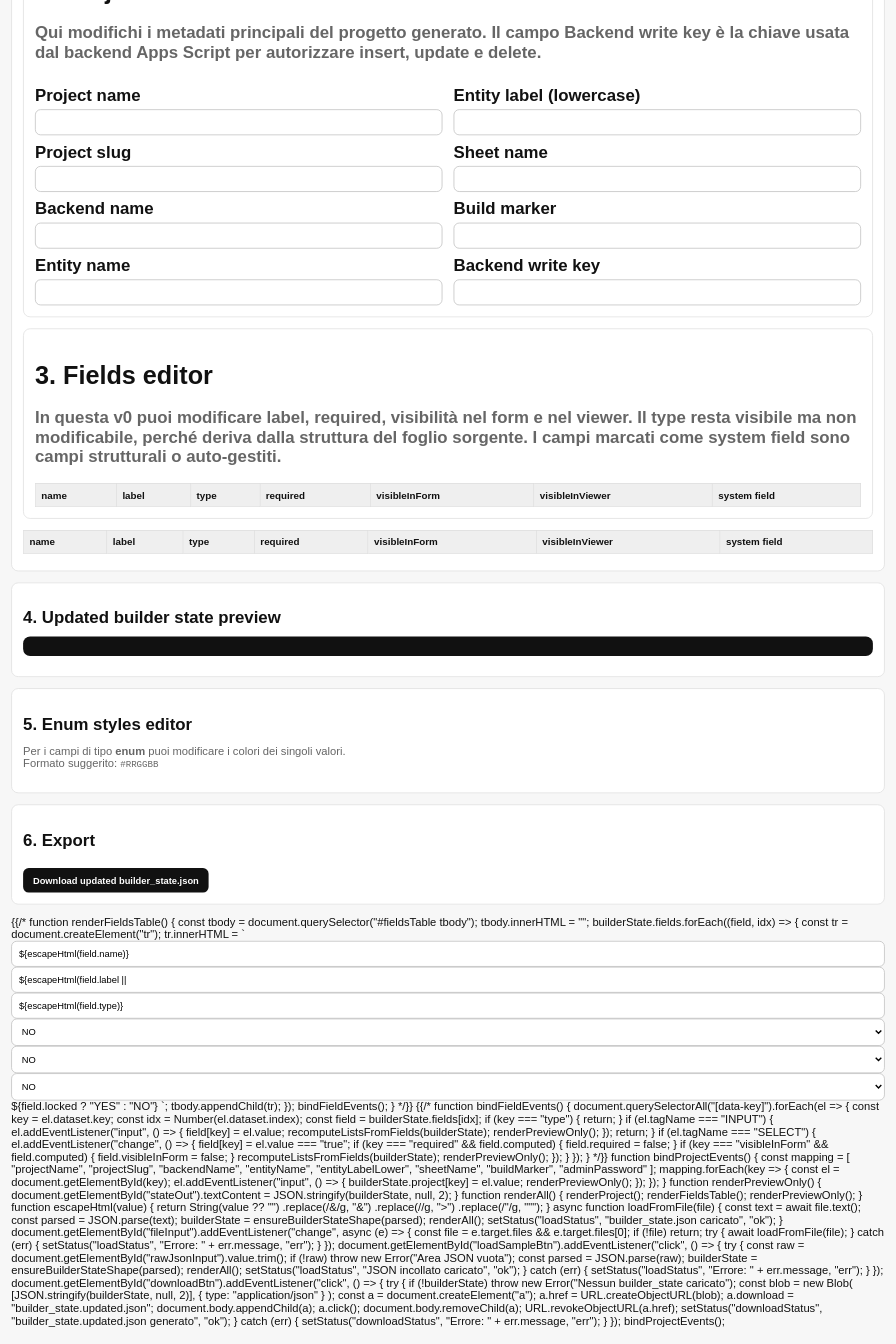
Repository: progettazionemauro/sheets.builder
Page: docs/builder.html
An editor plug-in stored every save of this project. The page is shown before and after the next save, followed by the edit.
The browser window is 1280 px wide. The pictures show the part of the page from y = 693 to 2613 px (the page is 2613 px tall before and 2259 px after), at 70% of full size.

Above is the page before, as saved 2026-04-14 04:55:21.

After the next save:
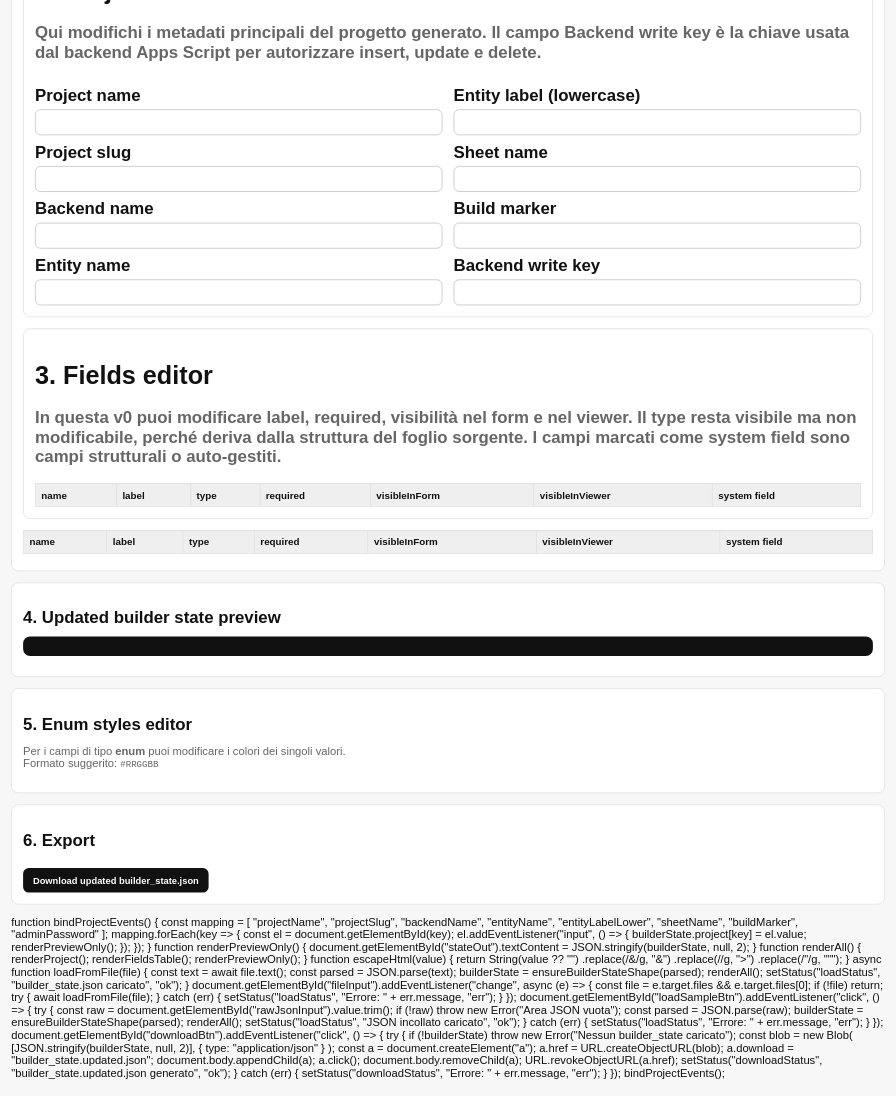
Saved 29 s later.
--- a/docs/builder.html
+++ b/docs/builder.html
@@ -695,88 +695,7 @@
   bindProjectEvents();
 </script>
 
-  {{/*  function renderFieldsTable() {
-    const tbody = document.querySelector("#fieldsTable tbody");
-    tbody.innerHTML = "";
-
-    builderState.fields.forEach((field, idx) => {
-      const tr = document.createElement("tr");
-
-      tr.innerHTML = `
-        <td class="${field.locked ? "readonly-cell" : ""}">
-          <input data-key="name" data-index="${idx}" value="${escapeHtml(field.name)}" ${field.locked ? "readonly" : ""} />
-        </td>
-        <td>
-          <input data-key="label" data-index="${idx}" value="${escapeHtml(field.label || "")}" />
-        </td>
-        <td class="readonly-cell">
-          <input data-key="type" data-index="${idx}" value="${escapeHtml(field.type)}" readonly />
-        </td>
-        <td>
-          <select data-key="required" data-index="${idx}" ${field.computed ? "disabled" : ""}>
-            <option value="false" ${field.required ? "" : "selected"}>NO</option>
-            <option value="true" ${field.required ? "selected" : ""}>YES</option>
-          </select>
-        </td>
-        <td>
-          <select data-key="visibleInForm" data-index="${idx}" ${field.computed ? "disabled" : ""}>
-            <option value="false" ${field.visibleInForm ? "" : "selected"}>NO</option>
-            <option value="true" ${field.visibleInForm ? "selected" : ""}>YES</option>
-          </select>
-        </td>
-        <td>
-          <select data-key="visibleInViewer" data-index="${idx}">
-            <option value="false" ${field.visibleInViewer ? "" : "selected"}>NO</option>
-            <option value="true" ${field.visibleInViewer ? "selected" : ""}>YES</option>
-          </select>
-        </td>
-        <td class="readonly-cell">${field.locked ? "YES" : "NO"}</td>
-      `;
-
-      tbody.appendChild(tr);
-    });
-
-    bindFieldEvents();
-  }
-</script>  */}}
-
-    {{/*  function bindFieldEvents() {
-    document.querySelectorAll("[data-key]").forEach(el => {
-      const key = el.dataset.key;
-      const idx = Number(el.dataset.index);
-      const field = builderState.fields[idx];
-
-      if (key === "type") {
-        return;
-      }
-
-      if (el.tagName === "INPUT") {
-        el.addEventListener("input", () => {
-          field[key] = el.value;
-          recomputeListsFromFields(builderState);
-          renderPreviewOnly();
-        });
-        return;
-      }
-
-      if (el.tagName === "SELECT") {
-        el.addEventListener("change", () => {
-          field[key] = el.value === "true";
-
-          if (key === "required" && field.computed) {
-            field.required = false;
-          }
-
-          if (key === "visibleInForm" && field.computed) {
-            field.visibleInForm = false;
-          }
-
-          recomputeListsFromFields(builderState);
-          renderPreviewOnly();
-        });
-      }
-    });
-  }  */}}
+
 
   function bindProjectEvents() {
     const mapping = [
